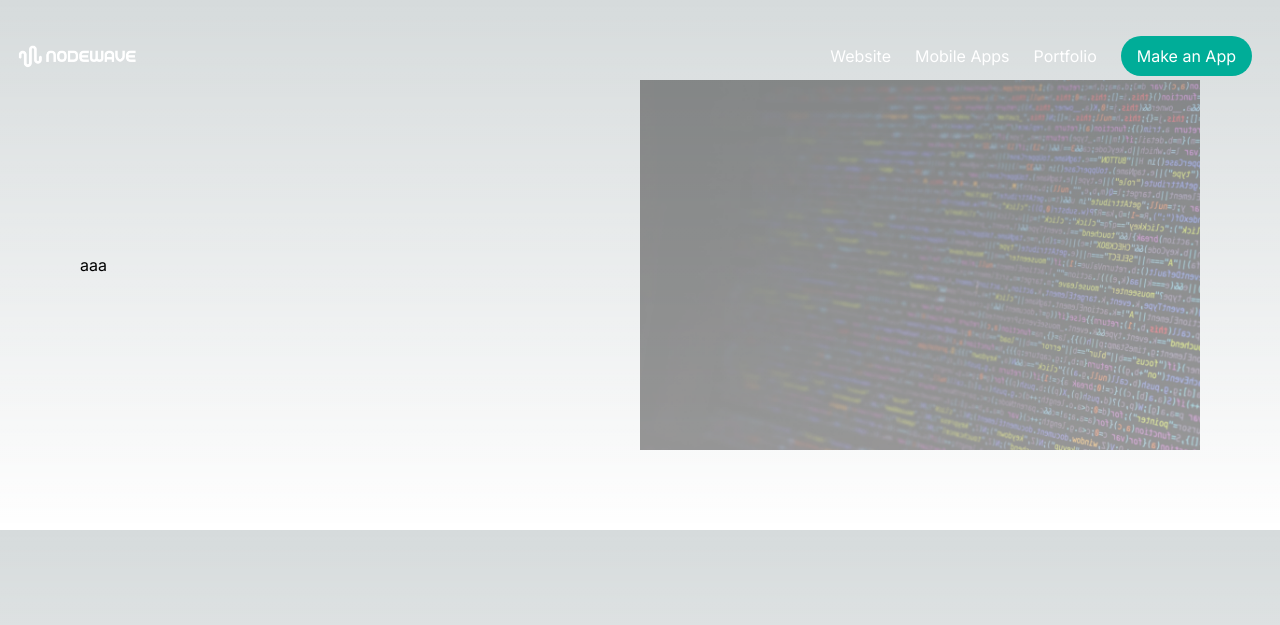
Repository: farrelmuhammad/nodewave
Page: /
An editor plug-in stored every save of this project. The page is shown before and after the next save, followed by the edit.
The browser window is 1280 px wide. The pictures show the whole page.
The project was rebuilt for these pictures with package versions that can differ from the ones it lists, and the page was loaded fresh each time. The framework's server and built-in components were replaced by stand-ins that run in the browser. Also part of the build but not shown: next.config.js.

Above is the page before, as saved 2023-09-08 13:04:55.

### src/app/page.js
import Hero from '@/components/Hero'
import Navbar from '@/components/Navbar'

export default function Home() {
  return (
    <>
      <Navbar />
      <Hero />
    </>
  )
}

### src/app/globals.css
@tailwind base;
@tailwind components;
@tailwind utilities;

@import url('https://fonts.googleapis.com/css2?family=Poppins:wght@300;400;500;600;700&display=swap');

:root {
  --foreground-rgb: 0, 0, 0;
  --background-start-rgb: 214, 219, 220;
  --background-end-rgb: 255, 255, 255;
  font-family: 'Poppins', sans-serif;
}

@media (prefers-color-scheme: dark) {
  :root {
    --foreground-rgb: 255, 255, 255;
    --background-start-rgb: 0, 0, 0;
    --background-end-rgb: 0, 0, 0;
  }
}

body {
  color: rgb(var(--foreground-rgb));
  background: linear-gradient(
      to bottom,
      transparent,
      rgb(var(--background-end-rgb))
    )
    rgb(var(--background-start-rgb));
}

@media only screen and (max-width: 768px) {
  .hero .hero-image,
  .hero .hero-caption {
    min-height: 90vh;
  }
  .hero .hero-cta {
    @apply w-12 h-12;
    transform: translateX(-75px) translateY(-50%);
    background-size: 37.5%;
  }
}

### src/components/Hero.jsx
import React from "react";
import Image from "next/image";

const Hero = () => {
  return (
    <main className="flex items-center w-full p-20 hero">
      <div className="w-1/2">aaa</div>
      <div className="w-1/2">
        <div class="relative hero-image">
          <div class="overlay inset-0 bg-black opacity-35 z-10"></div>
          <img
            src="/assets/background.png"
            alt="hero 1"
            class="absolute inset-0 md:relative w-full h-full object-cover object-center"
          />
        </div>
      </div>
    </main>
  );
};

export default Hero;

### src/components/Navbar.jsx
import React from "react";
import Image from "next/image";

const Navbar = () => {
  return (
    <header class="absolute w-full z-50 px-4">
      <div class="container mx-auto py-5">
        <div class="flex flex-stretch items-center">
          <div class="w-56 items-center flex">
            <Image src="/assets/Logo.png" width={226} height={100} alt="Logo" />
          </div>
          <div class="w-full"></div>
          <div class="w-auto py-4">
            <ul
              class="fixed bg-white inset-0 flex flex-col invisible items-center justify-center opacity-0 md:visible md:flex-row md:bg-transparent md:relative md:opacity-100 md:flex md:items-center"
              id="menu"
            >
              <li class="mx-3 py-6 md:py-0">
                <a href="#" class="text-black md:text-white hover:underline">
                  Website
                </a>
              </li>
              <li class="mx-3 py-6 md:py-0">
                <a
                  href="#"
                  class="text-black md:text-white hover:underline whitespace-nowrap overflow-ellipsis"
                >
                  Mobile Apps
                </a>
              </li>
              <li class="mx-3 py-6 md:py-0">
                <a href="#" class="text-black md:text-white hover:underline">
                  Portfolio
                </a>
              </li>
              <li class="mx-3 py-6 md:py-0">
                <button class="px-4 py-2 bg-[#00AD98] rounded-full">
                  <a
                    href="#"
                    class="text-black md:text-white hover:underline whitespace-nowrap overflow-ellipsis"
                  >
                    Make an App
                  </a>
                </button>
              </li>
            </ul>
          </div>
          <div class="w-auto">
            <ul class="items-center flex">
              <li class="ml-6 block md:hidden">
                <button
                  id="menu-toggler"
                  class="relative flex z-50 items-center justify-center w-8 h-8 text-black md:text-white focus:outline-none"
                >
                  <svg
                    class="fill-current"
                    width="18"
                    height="17"
                    viewBox="0 0 18 17"
                  >
                    <path d="M15.9773 0.461304H1.04219C0.466585 0.461304 0 0.790267 0 1.19609C0 1.60192 0.466668 1.93088 1.04219 1.93088H15.9773C16.5529 1.93088 17.0195 1.60192 17.0195 1.19609C17.0195 0.790208 16.5529 0.461304 15.9773 0.461304Z" />
                    <path d="M15.9773 7.68802H1.04219C0.466585 7.68802 0 8.01698 0 8.42281C0 8.82864 0.466668 9.1576 1.04219 9.1576H15.9773C16.5529 9.1576 17.0195 8.82864 17.0195 8.42281C17.0195 8.01692 16.5529 7.68802 15.9773 7.68802Z" />
                    <path d="M15.9773 14.9147H1.04219C0.466585 14.9147 0 15.2437 0 15.6495C0 16.0553 0.466668 16.3843 1.04219 16.3843H15.9773C16.5529 16.3843 17.0195 16.0553 17.0195 15.6495C17.0195 15.2436 16.5529 14.9147 15.9773 14.9147Z" />
                  </svg>
                </button>
              </li>
            </ul>
          </div>
        </div>
      </div>
    </header>
  );
};

export default Navbar;

Loaded but not shown: src/app/layout.js (common file); tailwind.config.js (common file)

After the next save:
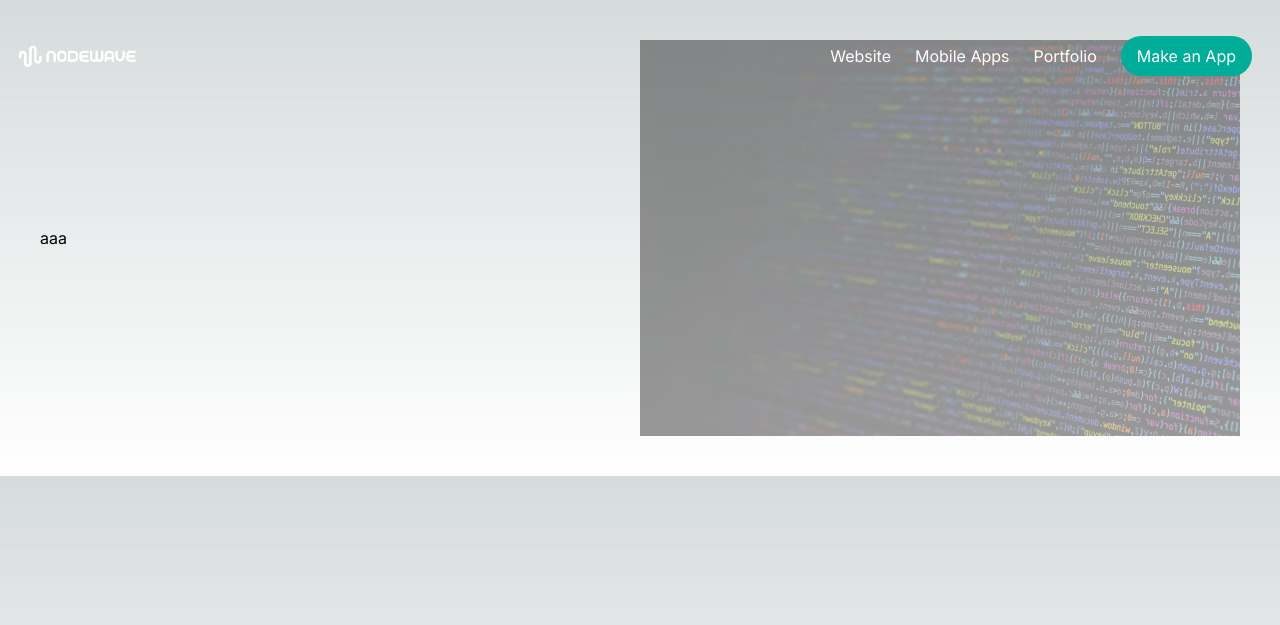
Saved 5 s later.
--- a/src/components/Hero.jsx
+++ b/src/components/Hero.jsx
@@ -3,7 +3,7 @@
 
 const Hero = () => {
   return (
-    <main className="flex items-center w-full p-20 hero">
+    <main className="flex items-center w-full p-10 hero">
       <div className="w-1/2">aaa</div>
       <div className="w-1/2">
         <div class="relative hero-image">
